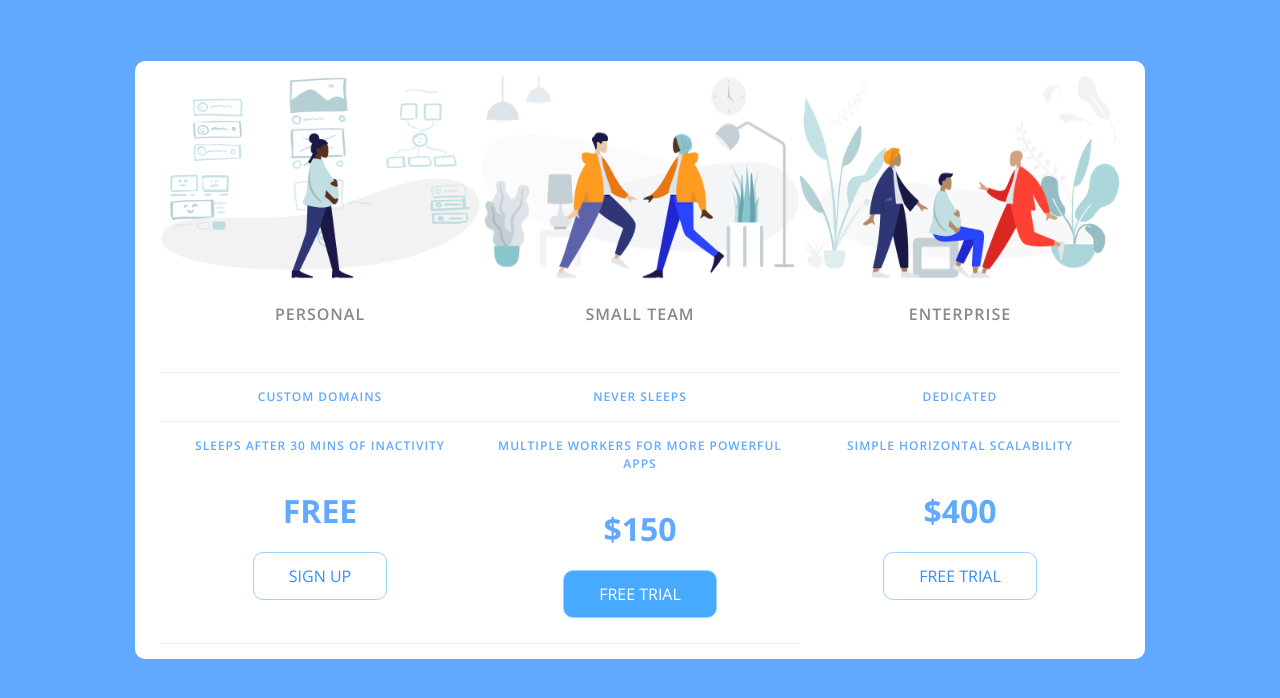
Repository: fatehailey/Pricing-Panel
Page: index.html
The author's editor kept a copy of each file at every save. The page is drawn from the files as they stood at one save, then again after the next save.
The browser window is 1280 px wide. The pictures show the whole page.

Above is the page before, as saved 2022-09-16 12:55:36.

### index.html
<!DOCTYPE html>
<html lang="en">

<head>
    <meta charset="UTF-8">
    <meta name="viewport" content="width=device-width, initial-scale=1.0">
    <title>Price Tiers</title>
    <link rel="stylesheet" href="https://fonts.googleapis.com/css?family=Open+Sans:400,600,700">
    <link rel="stylesheet" href="app.css">
</head>

<body>
    <div class="panel pricing-table">

        <div class="pricing-plan">
            <img src="icons/icon1.png" alt="" class="pricing-img">
            <h2 class="pricing-header">Personal</h2>
            <ul class="pricing-features">
                <li class="pricing-features-item">Custom domains</li>
                <li class="pricing-features-item">Sleeps after 30 mins of inactivity</li>
            </ul>
            <span class="pricing-price">Free</span>
            <a href="#/" class="pricing-button">Sign up</a>
        </div>

        <div class="pricing-plan">
            <img src="icons/icon2.png" alt="" class="pricing-img">
            <h2 class="pricing-header">Small team</h2>
            <ul class="pricing-features">
                <li class="pricing-features-item">Never sleeps</li>
                <li class="pricing-features-item">Multiple workers for more powerful apps</li>
            </ul>
            <span class="pricing-price">$150</span>
            <a href="#/" class="pricing-button is-featured">Free trial</a>
        </div>

        <div class="pricing-plan">
            <img src="icons/icon3.png" alt="" class="pricing-img">
            <h2 class="pricing-header">Enterprise</h2>
            <ul class="pricing-features">
                <li class="pricing-features-item">Dedicated</li>
                <li class="pricing-features-item">Simple horizontal scalability</li>
            </ul>
            <span class="pricing-price">$400</span>
            <a href="#/" class="pricing-button">Free trial</a>
        </div>

    </div>

</body>

</html>

### app.css
/* http://meyerweb.com/eric/tools/css/reset/
   v2.0 | 20110126
   License: none (public domain)
*/

html, body, div, span, applet, object, iframe,
h1, h2, h3, h4, h5, h6, p, blockquote, pre,
a, abbr, acronym, address, big, cite, code,
del, dfn, em, img, ins, kbd, q, s, samp,
small, strike, strong, sub, sup, tt, var,
b, u, i, center,
dl, dt, dd, ol, ul, li,
fieldset, form, label, legend,
table, caption, tbody, tfoot, thead, tr, th, td,
article, aside, canvas, details, embed,
figure, figcaption, footer, header, hgroup,
menu, nav, output, ruby, section, summary,
time, mark, audio, video {
	margin: 0;
	padding: 0;
	border: 0;
	font-size: 100%;
	font: inherit;
	vertical-align: baseline;
}
/* HTML5 display-role reset for older browsers */
article, aside, details, figcaption, figure,
footer, header, hgroup, menu, nav, section {
	display: block;
}
body {
	line-height: 1;
}
ol, ul {
	list-style: none;
}
blockquote, q {
	quotes: none;
}
blockquote:before, blockquote:after,
q:before, q:after {
	content: '';
	content: none;
}
table {
	border-collapse: collapse;
	border-spacing: 0;
}


html {
    box-sizing: border-box;
    font-family: 'Open Sans', sans-serif;
}
body{
    background-color: #60a9ff;
    display: flex;
    justify-content: center;
    align-items: center;
    min-height: 100vh;
}

.panel{
    background-color: white;
    border-radius: 10px;
    padding: 15px 25px;
    max-width: 960px;
    display: flex;
    flex-direction: column;
    text-align: center;
    text-transform: uppercase;
}

.pricing-plan:not(:last-child) {
    border-bottom: 1px solid #e1f1ff;
  }

.pricing-img {
    margin-bottom: 25px;
    width: 100%;
}

.pricing-header{
    color: #888;
    font-weight: 600;
    letter-spacing: 1px;
}

.pricing-features{
    margin: 50px 0 25px;
    color: #60a9ff;
}

.pricing-features-item{
    font-weight: 600;
    letter-spacing: 1px;
    font-size: 12px;
    line-height: 1.5;
    padding: 15px 0;
    border-top: 1px solid #e1f1ff;
}

.pricing-features:last-child{
    border-bottom: 1px solid #e1f1ff;
}
.pricing-price{
    color: #60a9ff;
    display: block;
    font-size: 32px;
    font-weight: 700;
}

.pricing-button {
    border: 1px solid #9dd1ff;
    border-radius: 10px;
    color: #348efe;
    display: inline-block;
    padding: 15px 35px;
    text-decoration: none;
    margin: 25px 0;
    transition: background-color 200ms ease-in-out ;
}

.pricing-button:hover, .pricing-button:focus{
    background-color: #e1f1ff;
}

.pricing-button.is-featured{
    background-color: #48aaff;
    color: white;
}

.pricing-button.is-featured:hover, .pricing-button.is-featured:focus{
    background-color: #269aff;
    color: white;
}

@media (min-width: 900px){
    .panel{
        flex-direction: row;
    }
    .pricing-plan{
        border-bottom: none;
        border-right: 1px solid #e;
    }
}

After the next save:
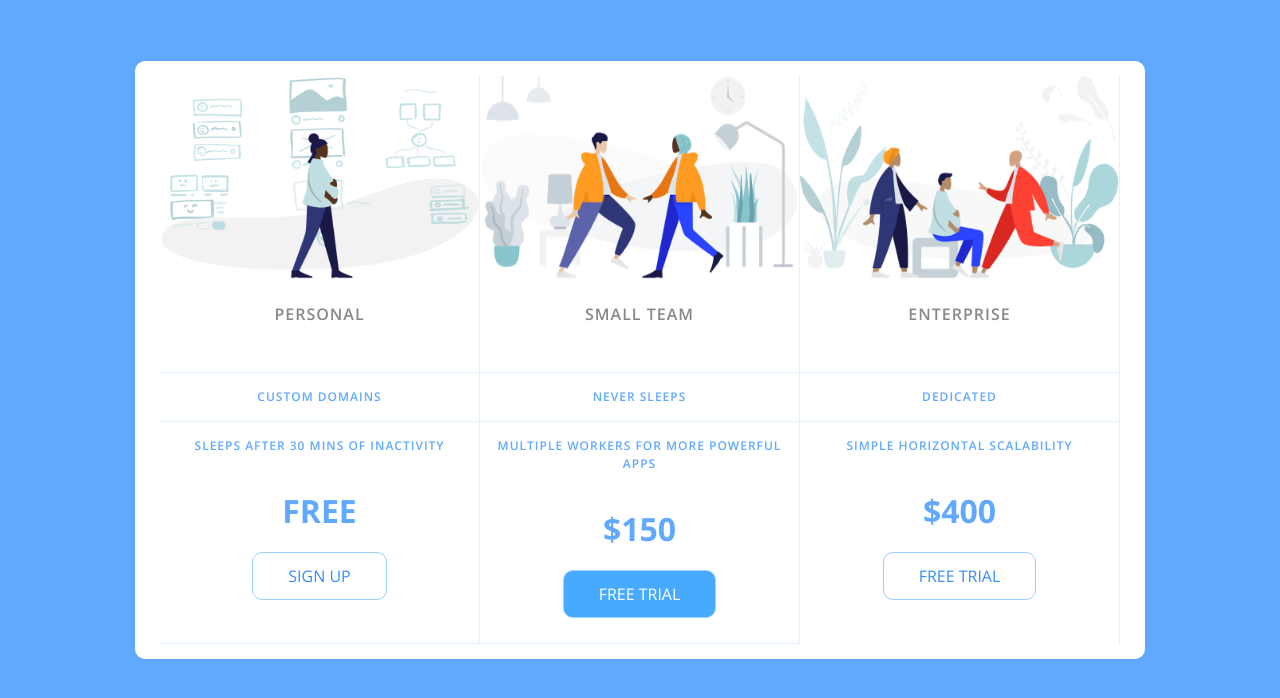
Saved 4 s later.
--- a/app.css
+++ b/app.css
@@ -141,6 +141,6 @@
     }
     .pricing-plan{
         border-bottom: none;
-        border-right: 1px solid #e;
+        border-right: 1px solid #e1f1ff;
     }
 }
